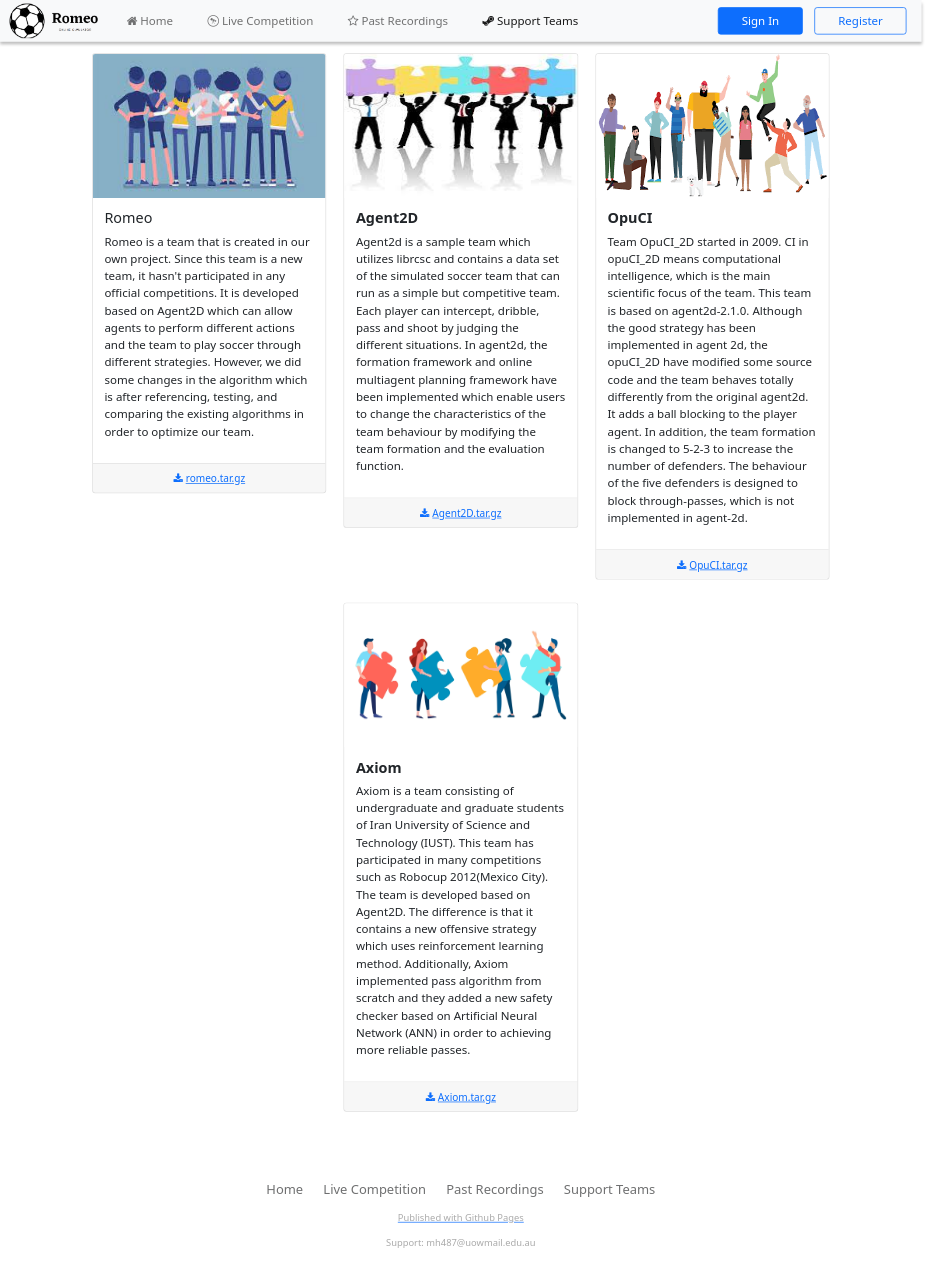
Repository: romeoonlinesim/romeoonlinesim.github.io
Page: /teams (app in client/)
The author's editor kept a copy of each file at every save. The page is drawn from the files as they stood at one save, then again after the next save.
The browser window is 1280 px wide. The page is 1292 px wide, so the pictures cover 1292 px, including what lies to the right of the window. The pictures show the whole page, at 72% of full size.
The page's requests for data from a server got no answer. The project was rebuilt for these pictures with package versions that can differ from the ones it lists, and the page was loaded fresh each time. No one was signed in, and anything a server would have sent is missing. Also part of the build but not shown: client/src/home/Home.jsx, client/src/competition/Competition.scss, client/src/competition/Competition.jsx, client/src/recordings/Recordings.jsx, client/src/login/Login.scss, client/src/login/Login.jsx, client/src/register/Register.jsx.

Above is the page before, as saved 2021-07-14 22:02:29.

After the next save:
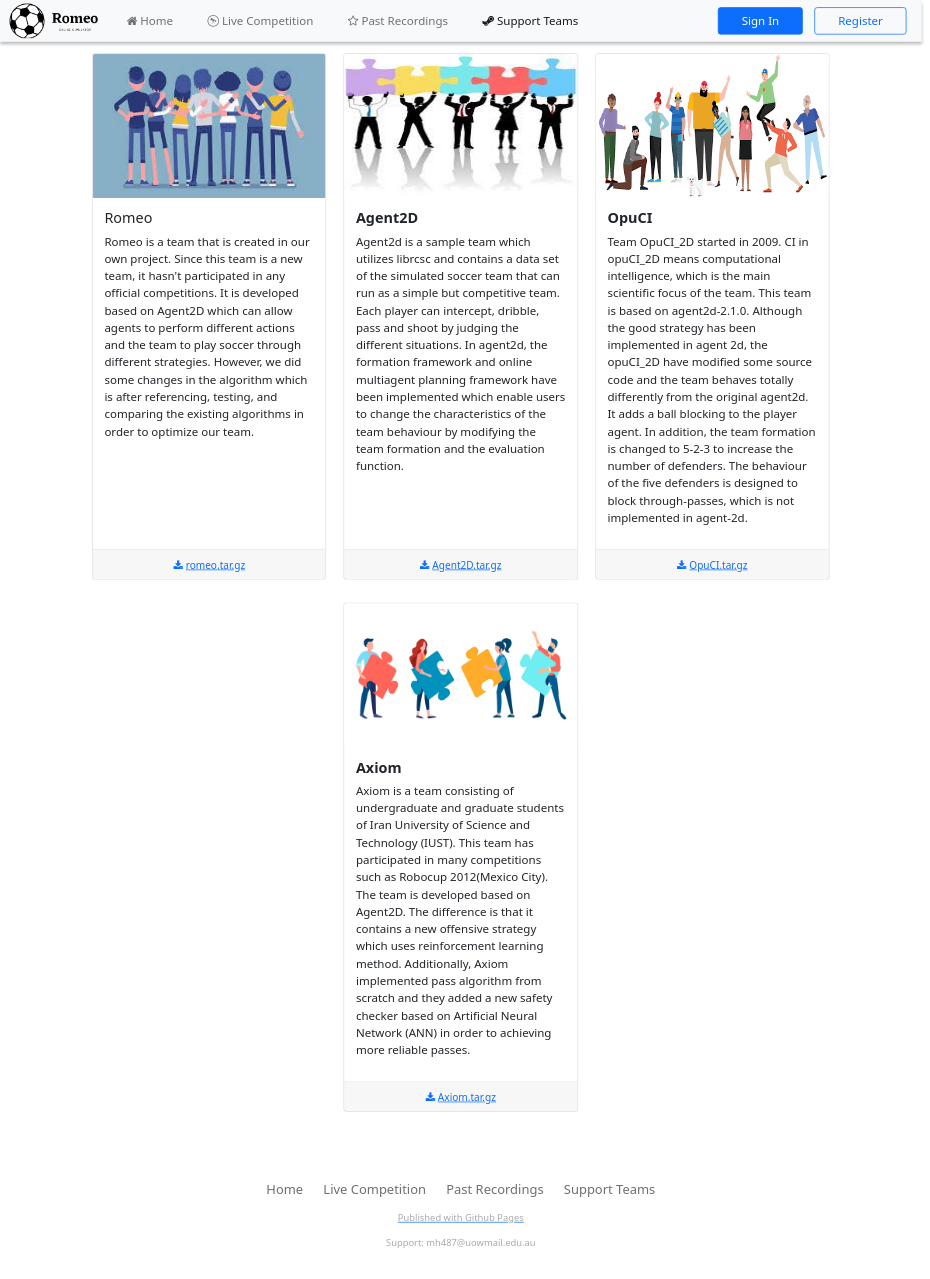
Saved 18 s later.
--- a/client/src/teams/Teams.scss
+++ b/client/src/teams/Teams.scss
@@ -8,3 +8,8 @@
     padding-left: 10%;
     padding-right: 10%;
 }
+
+.card {
+    width: 100%;
+    height: 100%;
+}
